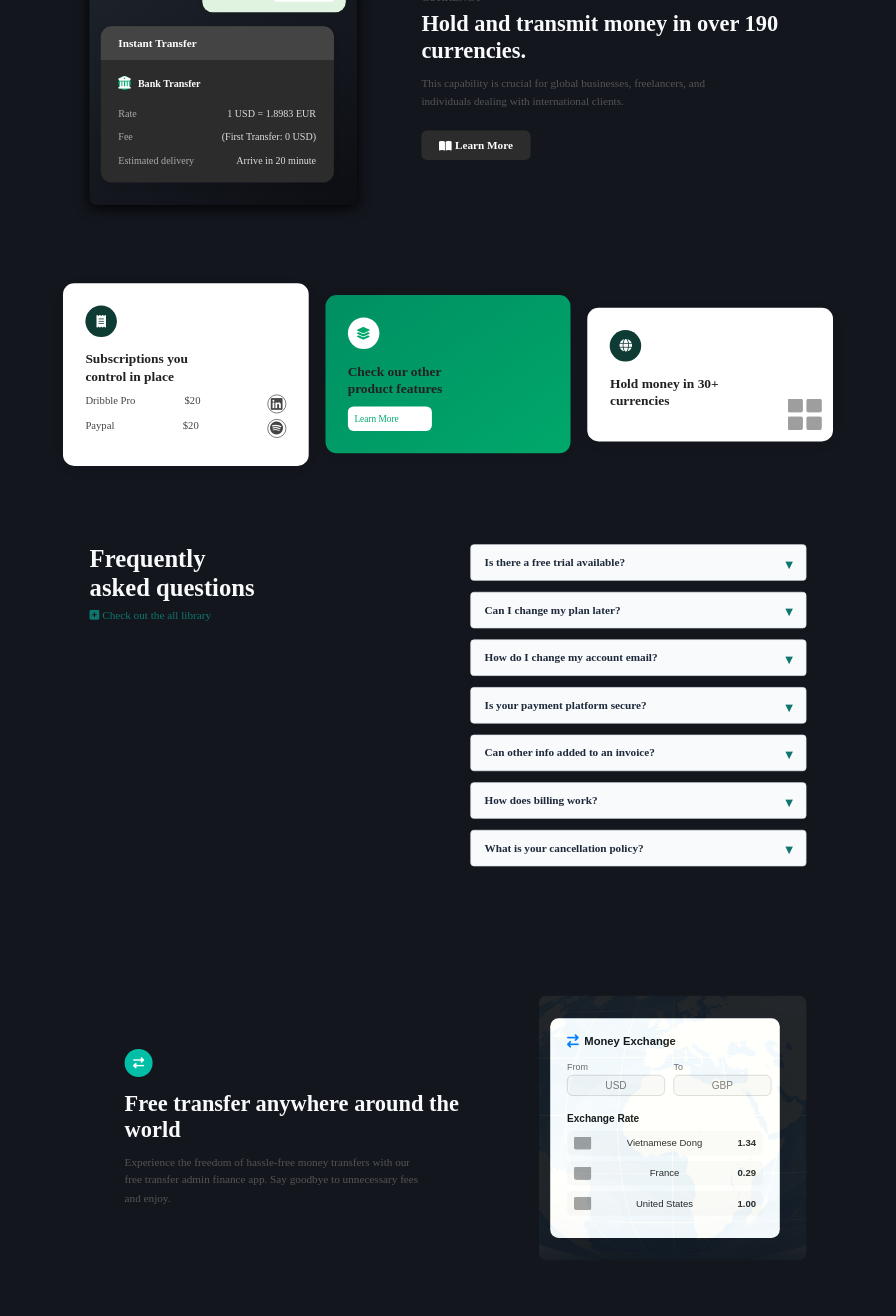
Repository: Austinokezie/Fintech-landing-page
Page: Chainpay.html
The author's editor kept a copy of each file at every save. The page is drawn from the files as they stood at one save, then again after the next save.
The browser window is 1280 px wide. The pictures show the part of the page from y = 912 to 2832 px (the page is 2792 px tall before and 2832 px after), at 70% of full size.
Pictures or frames that could not be fetched are drawn as grey boxes. Some web libraries are served in a nearby version.

Above is the page before, as saved 2025-10-17 17:44:20.

After the next save:
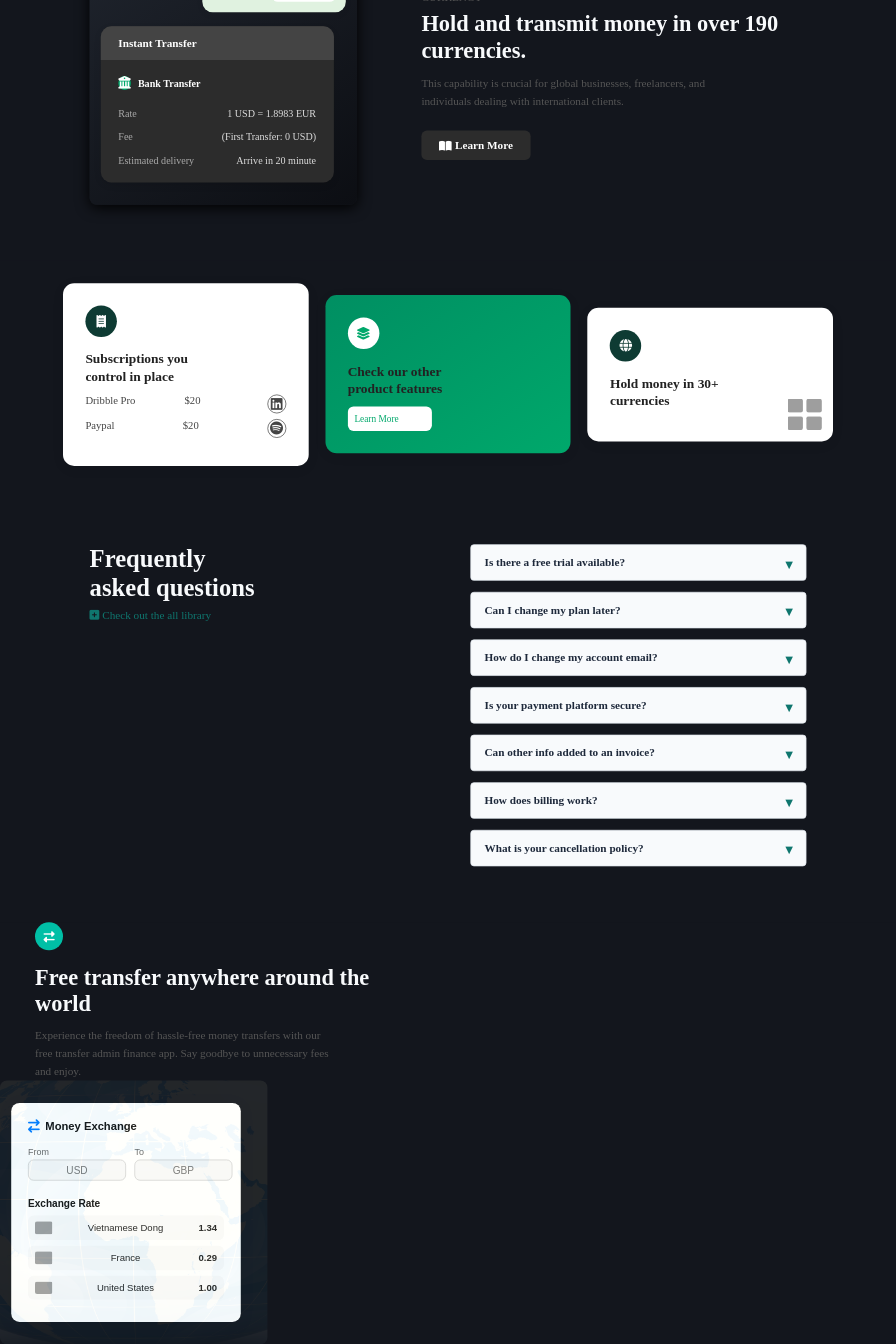
Saved 3 s later.
--- a/Chainpay.html
+++ b/Chainpay.html
@@ -213,7 +213,7 @@
 
                 </div>
     </section>
-    <section class="currency-feature-section">
+    <section class="currency-feature-section-2">
       <div class="content-section">
           <div class="icon-circle">
               <i class="fas fa-exchange-alt"></i>
@@ -265,9 +265,6 @@
         </div>
 
 
-        <!-- location pins -->
-         <!-- <div class="pin purple"></div>
-         <div class="pin blue"></div> -->
     </div>
 </section>
 
